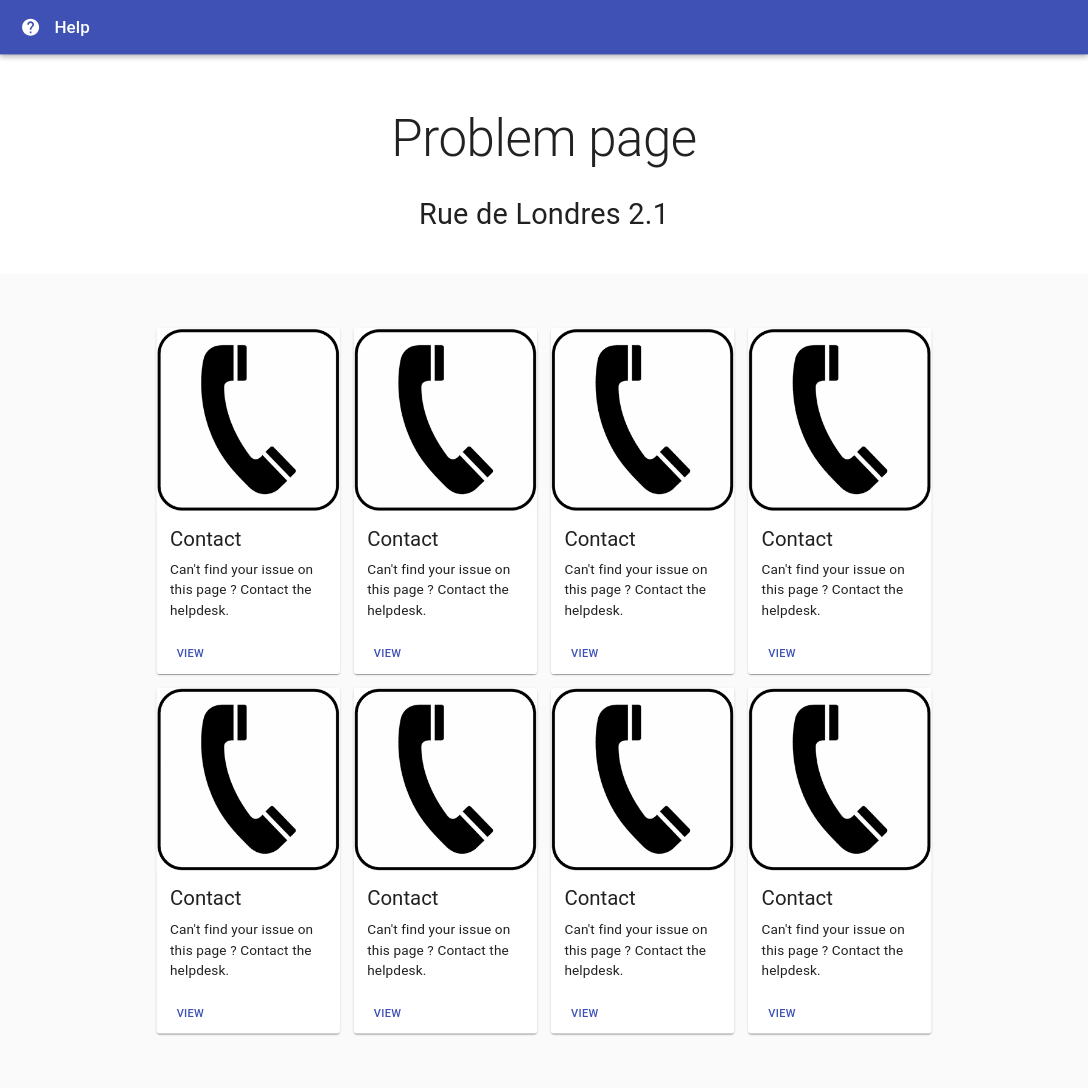
Repository: sapbrussels/intelligenthighway_webapp
Page: /Problempage (app in router/)
The author's editor kept a copy of each file at every save. The page is drawn from the files as they stood at one save, then again after the next save.
The browser window is 1280 px wide. The pictures show the whole page, at 85% of full size.
The project was rebuilt for these pictures with package versions that can differ from the ones it lists, and the page was loaded fresh each time. Also part of the build but not shown: router/src/App.css, router/src/Login.js, router/src/Title.js, router/src/Maps.js, router/src/Jobspage.js, router/src/Direction.js, router/src/Maintenance.js, router/src/Help.js.

Above is the page before, as saved 2020-03-31 13:53:50.

### router/src/App.js
import React from 'react';
import {BrowserRouter, Route, Switch} from "react-router-dom";
import './App.css';
import Login from './Login';
import Jobspage from'./Jobspage';
import Maintenance from './Maintenance';
import Help from './Help';
import Problempage from './Problempage';

function App() {
  return (
    <BrowserRouter>
    <Switch>
     <Route path='/' exact component={Login}/>
     <Route path='/Jobspage' exact component={Jobspage}/>
     <Route path='/Maintenance' exact component={Maintenance}/>
     <Route path='/Help' exact component={Help}/>
     <Route path='/Problempage' exact component={Problempage}/>
     </Switch>
    </BrowserRouter>

  );
}

export default App;

### router/src/Problempage.js
import React from 'react';
import AppBar from '@material-ui/core/AppBar';
import Button from '@material-ui/core/Button';
import HelpIcon from '@material-ui/icons/Help';
import Card from '@material-ui/core/Card';
import { Link } from "react-router-dom";
import CardActions from '@material-ui/core/CardActions';
import CardContent from '@material-ui/core/CardContent';
import CardMedia from '@material-ui/core/CardMedia';
import CssBaseline from '@material-ui/core/CssBaseline';
import Grid from '@material-ui/core/Grid';
import Toolbar from '@material-ui/core/Toolbar';
import Typography from '@material-ui/core/Typography';
import { makeStyles } from '@material-ui/core/styles';
import Container from '@material-ui/core/Container';



const useStyles = makeStyles((theme) => ({
  icon: {
    marginRight: theme.spacing(2),
  },
  heroContent: {
    backgroundColor: theme.palette.background.paper,
    padding: theme.spacing(8, 0, 6),
  },
  heroButtons: {
    marginTop: theme.spacing(4),
  },
  cardGrid: {
    paddingTop: theme.spacing(8),
    paddingBottom: theme.spacing(8),
  },
  card: {
    height: '100%',
    display: 'flex',
    flexDirection: 'column',

  },
  cardMedia: {
    paddingTop: '100%', // 16:9
  },
  cardContent: {
    flexGrow: 1,
  },
  footer: {
    backgroundColor: theme.palette.background.paper,
    padding: theme.spacing(6),
  },
}));



export default function Album() {
  const classes = useStyles();

  return (
    <React.Fragment>
      <CssBaseline />
      <AppBar position="relative">
        <Toolbar>
          <HelpIcon className={classes.icon} />
          <Typography variant="h6" color="inherit" noWrap>
            Help
          </Typography>
        </Toolbar>
      </AppBar>
      <main>
        {/* Hero unit */}
        <div className={classes.heroContent}>
          <Container maxWidth="sm">
            <Typography component="h1" variant="h2" align="center" color="textPrimary" gutterBottom>
              Problem page
            </Typography>
            <div className={classes.heroButtons}>
              <Grid container spacing={2} justify="center">
                <Grid item>
                <Typography variant="h4">
                 Rue de Londres 2.1
                </Typography>
                </Grid>
              </Grid>
            </div>
          </Container>
        </div>
        <Container className={classes.cardGrid} maxWidth="md">
          {/* End hero unit */}
            <Grid container spacing={2}>
            <Grid item xs={4}sm={3} >
                <Card className={classes.card}>
                  <CardMedia
                    className={classes.cardMedia}
                    image="contact.png"
                    title="Image title"
                  />
                  <CardContent className={classes.cardContent}>
                    <Typography gutterBottom variant="h5" component="h2">
                      Contact
                    </Typography>
                    <Typography>
                      Can't find your issue on this page ? Contact the helpdesk.
                    </Typography>
                  </CardContent>
                  <CardActions>
                    <Button size="small" color="primary">
                      View
                    </Button>
                  </CardActions>
                </Card>
              </Grid>
              <Grid item xs={4}sm={3} >
                <Card className={classes.card}>
                  <CardMedia
                    className={classes.cardMedia}
                    image="contact.png"
                    title="Image title"
                  />
                  <CardContent className={classes.cardContent}>
                    <Typography gutterBottom variant="h5" component="h2">
                      Contact
                    </Typography>
                    <Typography>
                      Can't find your issue on this page ? Contact the helpdesk.
                    </Typography>
                  </CardContent>
                  <CardActions>
                    <Button size="small" color="primary">
                      View
                    </Button>
                  </CardActions>
                </Card>
              </Grid>
              <Grid item xs={4}sm={3} >
                <Card className={classes.card}>
                  <CardMedia
                    className={classes.cardMedia}
                    image="contact.png"
                    title="Image title"
                  />
                  <CardContent className={classes.cardContent}>
                    <Typography gutterBottom variant="h5" component="h2">
                      Contact
                    </Typography>
                    <Typography>
                      Can't find your issue on this page ? Contact the helpdesk.
                    </Typography>
                  </CardContent>
                  <CardActions>
                    <Button size="small" color="primary">
                      View
                    </Button>
                  </CardActions>
                </Card>
              </Grid>
              <Grid item xs={4}sm={3} >
                <Card className={classes.card}>
                  <CardMedia
                    className={classes.cardMedia}
                    image="contact.png"
                    title="Image title"
                  />
                  <CardContent className={classes.cardContent}>
                    <Typography gutterBottom variant="h5" component="h2">
                      Contact
                    </Typography>
                    <Typography>
                      Can't find your issue on this page ? Contact the helpdesk.
                    </Typography>
                  </CardContent>
                  <CardActions>
                    <Button size="small" color="primary">
                      View
                    </Button>
                  </CardActions>
                </Card>
              </Grid>
              <Grid item xs={4}sm={3} >
                <Card className={classes.card}>
                  <CardMedia
                    className={classes.cardMedia}
                    image="contact.png"
                    title="Image title"
                  />
                  <CardContent className={classes.cardContent}>
                    <Typography gutterBottom variant="h5" component="h2">
                      Contact
                    </Typography>
                    <Typography>
                      Can't find your issue on this page ? Contact the helpdesk.
                    </Typography>
                  </CardContent>
                  <CardActions>
                    <Button size="small" color="primary">
                      View
                    </Button>
                  </CardActions>
                </Card>
              </Grid>

              <Grid item xs={4}sm={3} >
                <Card className={classes.card}>
                  <CardMedia
                    className={classes.cardMedia}
                    image="contact.png"
                    title="Image title"
                  />
                  <CardContent className={classes.cardContent}>
                    <Typography gutterBottom variant="h5" component="h2">
                      Contact
                    </Typography>
                    <Typography>
                      Can't find your issue on this page ? Contact the helpdesk.
                    </Typography>
                  </CardContent>
                  <CardActions>
                    <Button size="small" color="primary">
                      View
                    </Button>
                  </CardActions>
                </Card>
              </Grid>
              <Grid item xs={4}sm={3} >
                <Card className={classes.card}>
                  <CardMedia
                    className={classes.cardMedia}
                    image="contact.png"
                    title="Image title"
                  />
                  <CardContent className={classes.cardContent}>
                    <Typography gutterBottom variant="h5" component="h2">
                      Contact
                    </Typography>
                    <Typography>
                      Can't find your issue on this page ? Contact the helpdesk.
                    </Typography>
                  </CardContent>
                  <CardActions>
                    <Button size="small" color="primary">
                      View
                    </Button>
                  </CardActions>
                </Card>
              </Grid>
              <Grid item xs={4}sm={3} >
                <Card className={classes.card}>
                  <CardMedia
                    className={classes.cardMedia}
                    image="contact.png"
                    title="Image title"
                  />
                  <CardContent className={classes.cardContent}>
                    <Typography gutterBottom variant="h5" component="h2">
                      Contact
                    </Typography>
                    <Typography>
                      Can't find your issue on this page ? Contact the helpdesk.
                    </Typography>
                  </CardContent>
                  <CardActions>
                    <Button size="small" color="primary">
                      View
                    </Button>
                  </CardActions>
                </Card>
              </Grid>
            </Grid>
          </Container>
      </main>
    </React.Fragment>
  );
}

### router/src/listItems.js
import React from 'react';
import ListItem from '@material-ui/core/ListItem';
import ListItemIcon from '@material-ui/core/ListItemIcon';
import ListItemText from '@material-ui/core/ListItemText';
import DashboardIcon from '@material-ui/icons/Dashboard';
import ShoppingCartIcon from '@material-ui/icons/ShoppingCart';
import PeopleIcon from '@material-ui/icons/People';
import { Link } from "react-router-dom";

export const mainListItems = (
  <div>
        <ListItem >
          <ListItemIcon>
            <DashboardIcon />
          </ListItemIcon>
          <ListItemText  primary="jobs page" />
        </ListItem>
      <Link to='/Maintenance'>
          <ListItem button>
          <ListItemIcon>
            <ShoppingCartIcon />
          </ListItemIcon>
          <ListItemText primary="History" />
        </ListItem></Link>
      <Link to='/Help'>
          <ListItem button>
          <ListItemIcon>
            <PeopleIcon />
          </ListItemIcon>
          <ListItemText primary="help" />
        </ListItem></Link>
  </div>
);

### router/src/LightStatus.js
import React from 'react';
import Link from '@material-ui/core/Link';
import { makeStyles } from '@material-ui/core/styles';
import Table from '@material-ui/core/Table';
import TableBody from '@material-ui/core/TableBody';
import TableCell from '@material-ui/core/TableCell';
import TableHead from '@material-ui/core/TableHead';
import TableRow from '@material-ui/core/TableRow';
import Rectangle from 'react-rectangle';
import Title from './Title';



// Generate Order Data
function createData(id, street_light, status,light) {
  return { street_light, status, light};
}

const rows = [
  createData(0, 'Boulevard Avroy 1.9', 'ON', <Rectangle aspectRatio={[3,3]}>
  <div style={{ background: '#008000',  width: '40%', height: '40%' }} />
</Rectangle>),
  createData(1, 'Rue de Londres 2.1', 'OFF',<Rectangle aspectRatio={[3,3]}>
  <div style={{ background: '#FFFFFF', width: '40%', height: '40%' }} />
</Rectangle>),
  createData(2, 'Rue de Londres 2.3', 'X',<Rectangle aspectRatio={[3,3]}>
  <div style={{ background: '#FF0000', width: '40%', height: '40%' }} />
</Rectangle>),
];

function preventDefault(event) {
  event.preventDefault();
}

const useStyles = makeStyles((theme) => ({
  seeMore: {
    marginTop: theme.spacing(3),
    padding: '20px',
    borderRadius:'10px',
  },
}));

export default function LightStatus() {
  const classes = useStyles();
  return (
    <React.Fragment>
      <Title>Light status</Title>
      <Table size="small">
        <TableHead>
          <TableRow>
            <TableCell>street light</TableCell>
            <TableCell>status</TableCell>
            <TableCell></TableCell>
          </TableRow>
        </TableHead>
        <TableBody>
          {rows.map((row) => (
            <TableRow key={row.id}>
              <TableCell>{row.street_light}</TableCell>
              <TableCell> {row.status}</TableCell>
              <TableCell> {row.light}</TableCell>
            </TableRow>
          ))}
        </TableBody>
      </Table>
      <div className={classes.seeMore}>
        <Link color="primary" href="#" onClick={preventDefault}>
          See more lights
        </Link>
      </div>
    </React.Fragment>
  );
}

### router/src/Jobslist.js
import React from 'react';
import {Link} from 'react-router-dom';
import { makeStyles } from '@material-ui/core/styles';
import Table from '@material-ui/core/Table';
import TableBody from '@material-ui/core/TableBody';
import TableCell from '@material-ui/core/TableCell';
import TableHead from '@material-ui/core/TableHead';
import TableRow from '@material-ui/core/TableRow';
import Title from './Title';

// Generate Order Data
function createData(id, location, job, accept, info) {
  return { id, location, job, accept, info };
}

const rows = [
    createData(0, 'Boulevard Avroy 1.9', 'Maintenance',<Link to="/Maintenance"><button>Accept</button></Link>),
    createData(1, 'Rue de Londres 2.1', 'Fix issue',<button>Accept</button>, <Link to="/Problempage"><button>find more info</button></Link>),
];

function preventDefault(event) {
  event.preventDefault();
}

const useStyles = makeStyles((theme) => ({
  seeMore: {
    marginTop: theme.spacing(3),
    padding: '20px',
    borderRadius:'10px',
  },
}));

    export default function Jobslist() {
    const classes = useStyles();
    return (
        <React.Fragment>
        <Title>jobs available</Title>
        <Table size="small">
            <TableHead>
            <TableRow>
                <TableCell>location</TableCell>
                <TableCell>job</TableCell>
                <TableCell>Accept the job</TableCell>
                <TableCell>More info</TableCell>
            </TableRow>
            </TableHead>
            <TableBody>
            {rows.map((row) => (
                <TableRow key={row.id}>
                <TableCell>{row.location}</TableCell>
                <TableCell>{row.job}</TableCell>
                <TableCell>{row.accept}</TableCell>
                <TableCell>{row.info}</TableCell>
                </TableRow>
            ))}
            </TableBody>
        </Table>
        <div className={classes.seeMore}>
            <Link color="primary" href="#" onClick={preventDefault}>
            See more orders
            </Link>
        </div>
        </React.Fragment>
    );
}

### router/src/Checklist.js
import React from 'react';
import Link from '@material-ui/core/Link';
import { makeStyles } from '@material-ui/core/styles';
import Table from '@material-ui/core/Table';
import TableBody from '@material-ui/core/TableBody';
import TableCell from '@material-ui/core/TableCell';
import TableHead from '@material-ui/core/TableHead';
import TableRow from '@material-ui/core/TableRow';
import Title from './Title';
import { Checkbox } from '@material-ui/core';

// Generate Order Data
function createData(id, check, tasks) {
  return { id, check, tasks };
}

const rows = [
  createData(0, <Checkbox></Checkbox>,'Turn all switches OFF & ON to stop dust build up'),
  createData(1, <Checkbox></Checkbox>,'turn all circuit-breakers OFF and reset'),
  createData(2, <Checkbox></Checkbox>,'Check for high resistance joints'),
  createData(3, <Checkbox></Checkbox>,'clean PE cell faces then cover to test functionnality'),
  createData(4, <Checkbox></Checkbox>,'check MEN and earthing'),
  createData(0, <Checkbox></Checkbox>,'Luminaire cleaning and inspection'),
  createData(1, <Checkbox></Checkbox>,'Inspect for any sign of vermin damage in the cabinet'),
  createData(2, <Checkbox></Checkbox>,'Remove grafitit on cabinet'),
  createData(3, <Checkbox></Checkbox>,'Trim all trees that interfere with solar-panels and light output of lulinaires'),
  createData(4, <Checkbox></Checkbox>,'Check all support structures for their integreties'),
  createData(3, <Checkbox></Checkbox>,'Installation, maintenance and replacement of post indentification label'),
  createData(4, <Checkbox></Checkbox>,'Installation, maintenace and replacement of supply point indentification labels'),
];


const useStyles = makeStyles((theme) => ({
  seeMore: {
    marginTop: theme.spacing(3),

  },
}));

export default function Orders() {
  const classes = useStyles();
  return (
    <React.Fragment>
      <Title>Maintenance checklist</Title>
      <Table size="small">
        <TableHead>
          <TableRow>
            <TableCell></TableCell>
            <TableCell>tasks</TableCell>

          </TableRow>
        </TableHead>
        <TableBody>
          {rows.map((row) => (
            <TableRow key={row.id}>
              <TableCell>{row.check}</TableCell>
              <TableCell>{row.tasks}</TableCell>
            </TableRow>
          ))}
        </TableBody>
      </Table>
      <div className={classes.seeMore}>
        <Link><button>Finished</button></Link>
      </div>
    </React.Fragment>
  );
}

Loaded but not shown: router/public/index.html (common file); router/src/index.js (common file); router/src/index.css (common file); router/src/serviceWorker.js (common file)

After the next save:
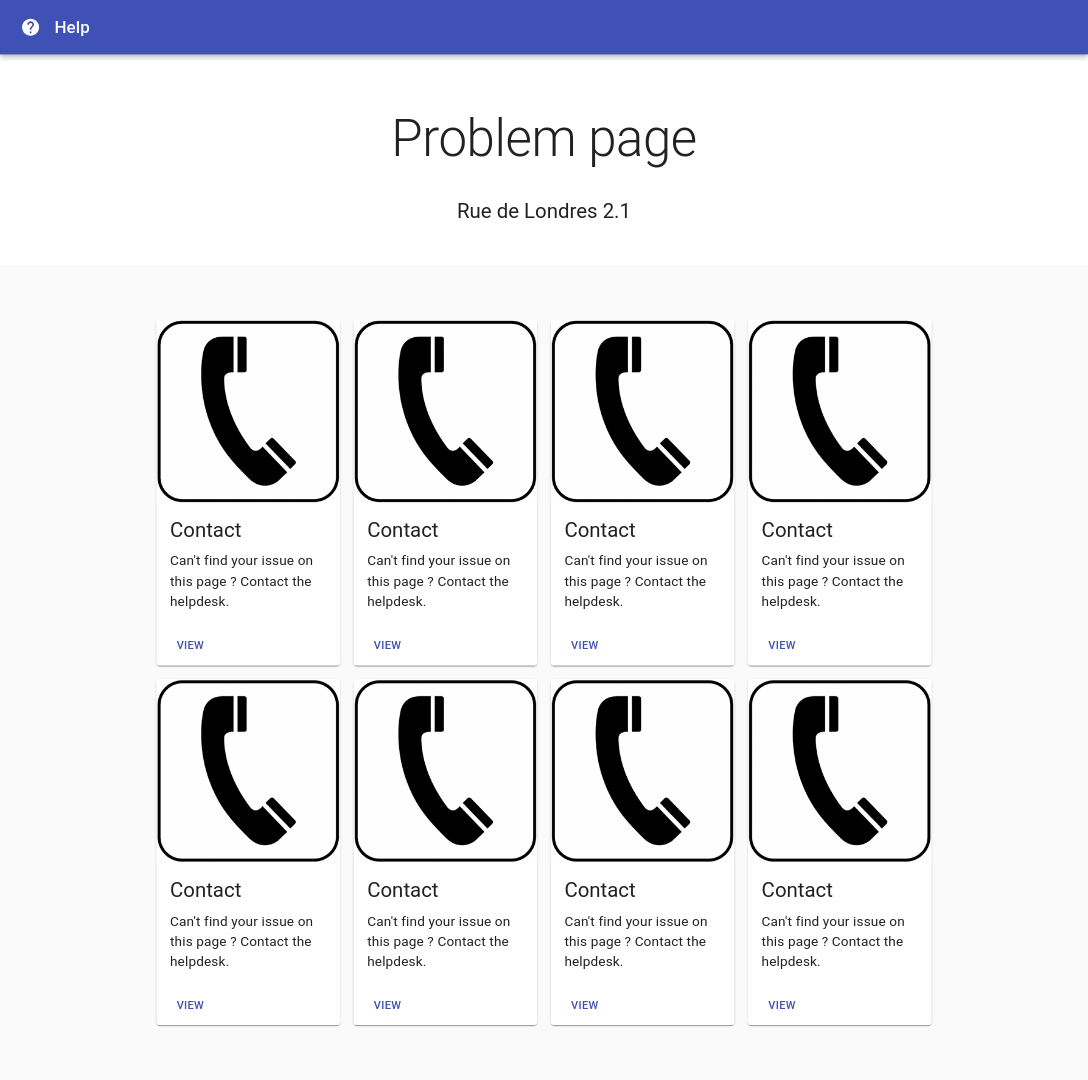
Saved 11 s later.
--- a/router/src/Problempage.js
+++ b/router/src/Problempage.js
@@ -75,7 +75,7 @@ export default function Album() {
             <div className={classes.heroButtons}>
               <Grid container spacing={2} justify="center">
                 <Grid item>
-                <Typography variant="h4">
+                <Typography variant="h5">
                  Rue de Londres 2.1
                 </Typography>
                 </Grid>
